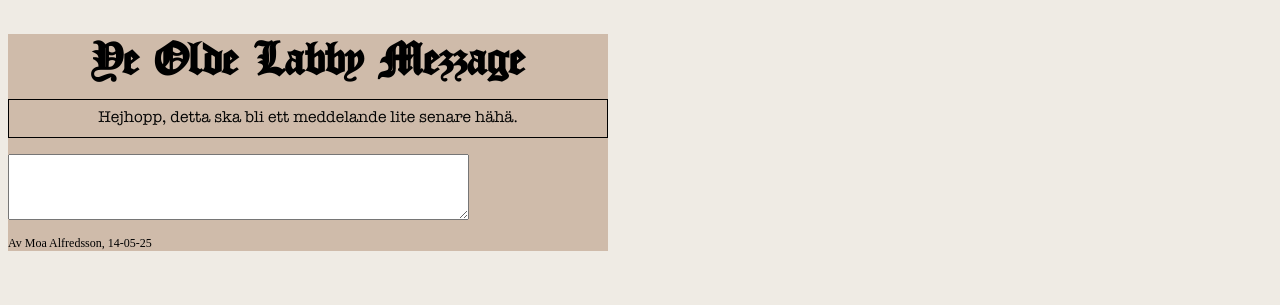
Repository: ma223md/1dv403-laborationer
Page: 2-labbymezzage/index.html
The author's editor kept a record of every edit. The page is drawn from the files as they stood at one moment, then again after the next edit.
The browser window is 1280 px wide. The pictures show the whole page.

Above is the page before.

After the next edit:
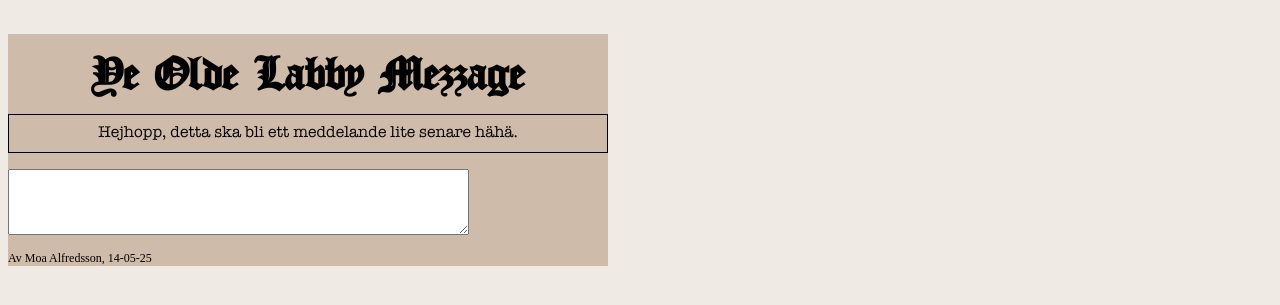
The edit:
--- a/2-labbymezzage/labbymezzagestyle.css
+++ b/2-labbymezzage/labbymezzagestyle.css
@@ -13,8 +13,9 @@
     background-color: #efebe4;
 }
 
-h1 {
+header h1 {
     text-align: center;
+    padding-top: 15px;
 }
 
 #container {
